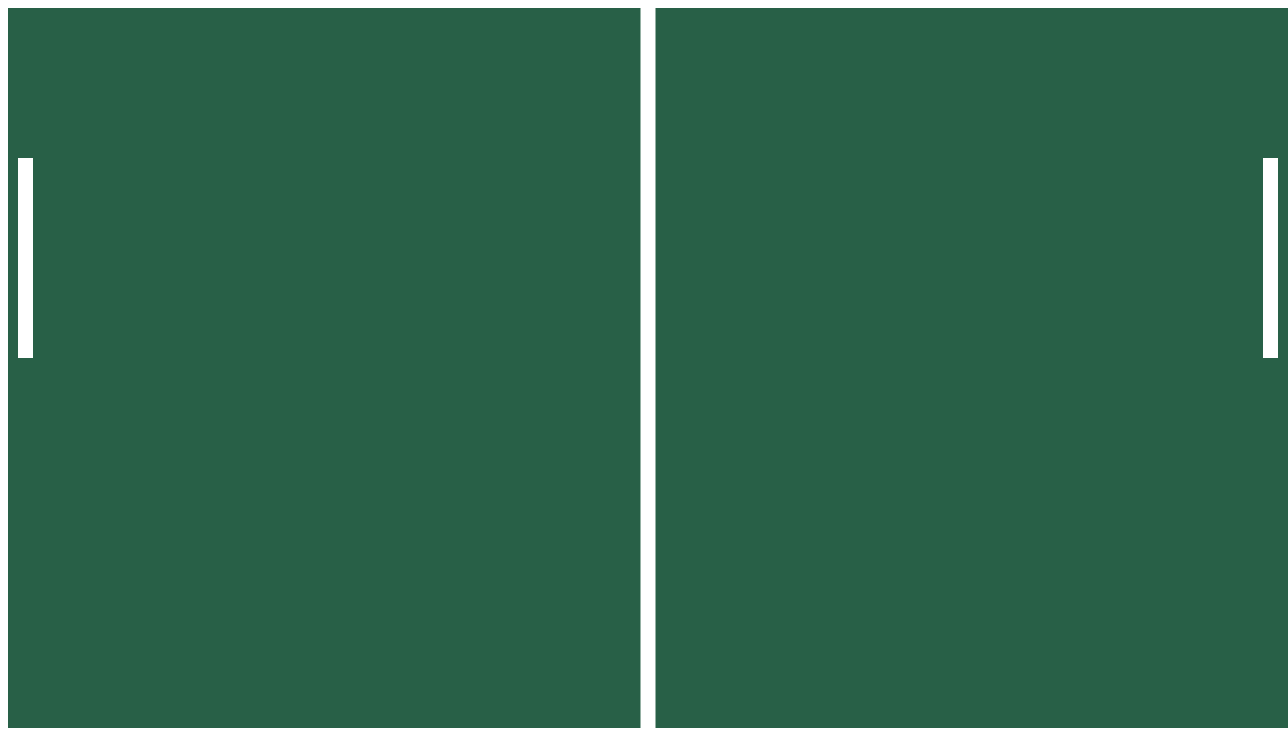
Repository: AkirahCarvalho/ping_pong
Page: index.html
An editor plug-in stored every save of this project. The page is shown before and after a run of saves, followed by the edit.
The browser window is 1280 px wide. The page is 1288 px wide, then 1280 px, then 1288 px, so the pictures cover 1288 px, including what lies to the right of the window. The pictures show the whole page.

Above is the page before, as saved 2024-03-26 16:23:12.

### index.html
<!DOCTYPE html>
<html lang="en">
<head>
    <meta charset="UTF-8">
    <meta name="viewport" content="width=device-width, initial-scale=1.0">
    <title>PING PONG</title>

</head>
<body>
    <canvas>

    </canvas>
    <script>
        const canvasEl = document.querySelector("canvas"),
         canvasCtx = canvasEl.getContext("2d")

         const lineWidth=15

        function setup(){ //roda o elemento
            canvasEl.width = canvasCtx.width = window.innerWidth
            canvasEl.height = canvasCtx.height = window.innerHeight
        }

        function draw(){
            canvasCtx.fillStyle="#286047"
            canvasCtx.fillRect(0,0, window.innerWidth, window.innerHeight)

            canvasCtx.fillStyle="#ffffff"

            const x=window.innerWidth / 2 - lineWidth / 2
            const y=0
            const w=lineWidth
            const h=window.innerHeight

            canvasCtx.fillRect(x, y, w, h)
          //desenhando raquete esquerda
            canvasCtx.fillRect(10, 150, lineWidth, 200)
            //desenhando raquete direita
            canvasCtx.fillRect(window.innerWidth-lineWidth-10, 150, lineWidth, 200)
            //desenhando bolinha
            canvasCtx.arc(20, 20, 20, 0, 2)
        }

        setup()
        draw()
    </script>
</body>
</html>

After the next 5 saves:
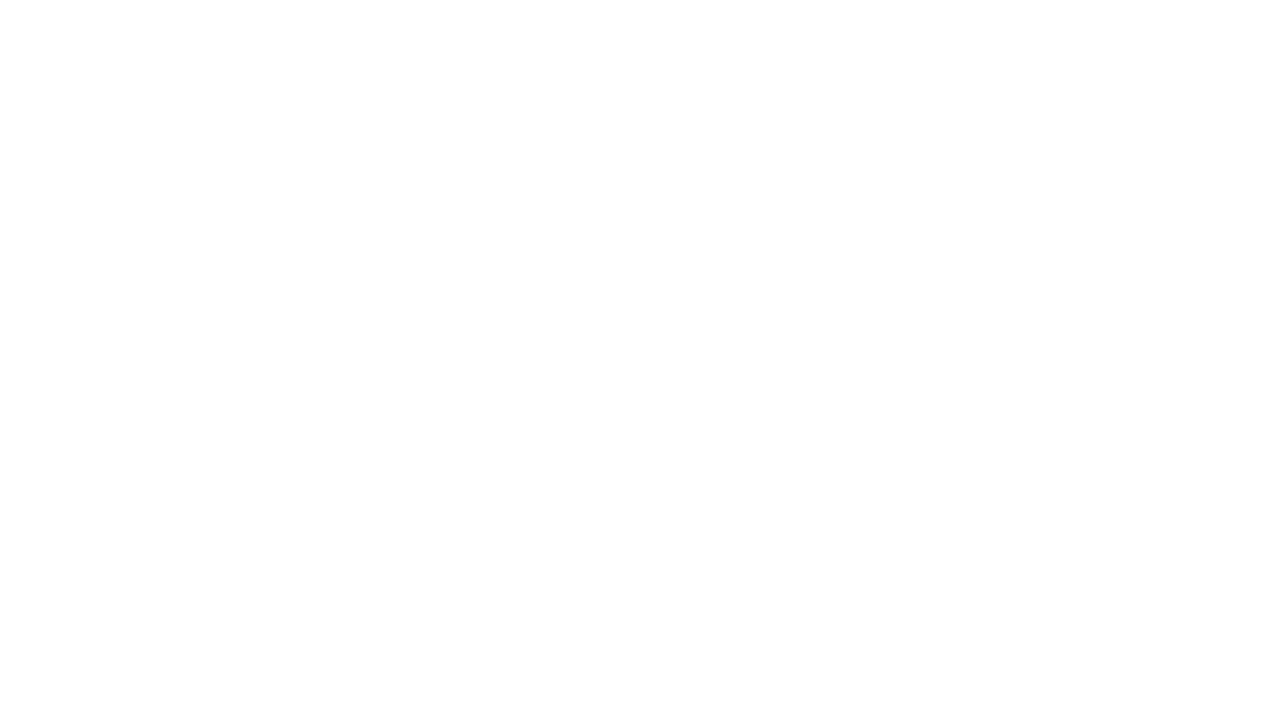
Console error: SyntaxError: Unexpected token ')'
The 5 saves are shown as one change because they came seconds apart.
The last was saved 11 s later.
--- a/index.html
+++ b/index.html
@@ -38,7 +38,7 @@
             //desenhando raquete direita
             canvasCtx.fillRect(window.innerWidth-lineWidth-10, 150, lineWidth, 200)
             //desenhando bolinha
-            canvasCtx.arc(20, 20, 20, 0, 2)
+            canvasCtx.arc(20, 20, 20, 0, 2*Math.)
         }
 
         setup()

After the save that followed:
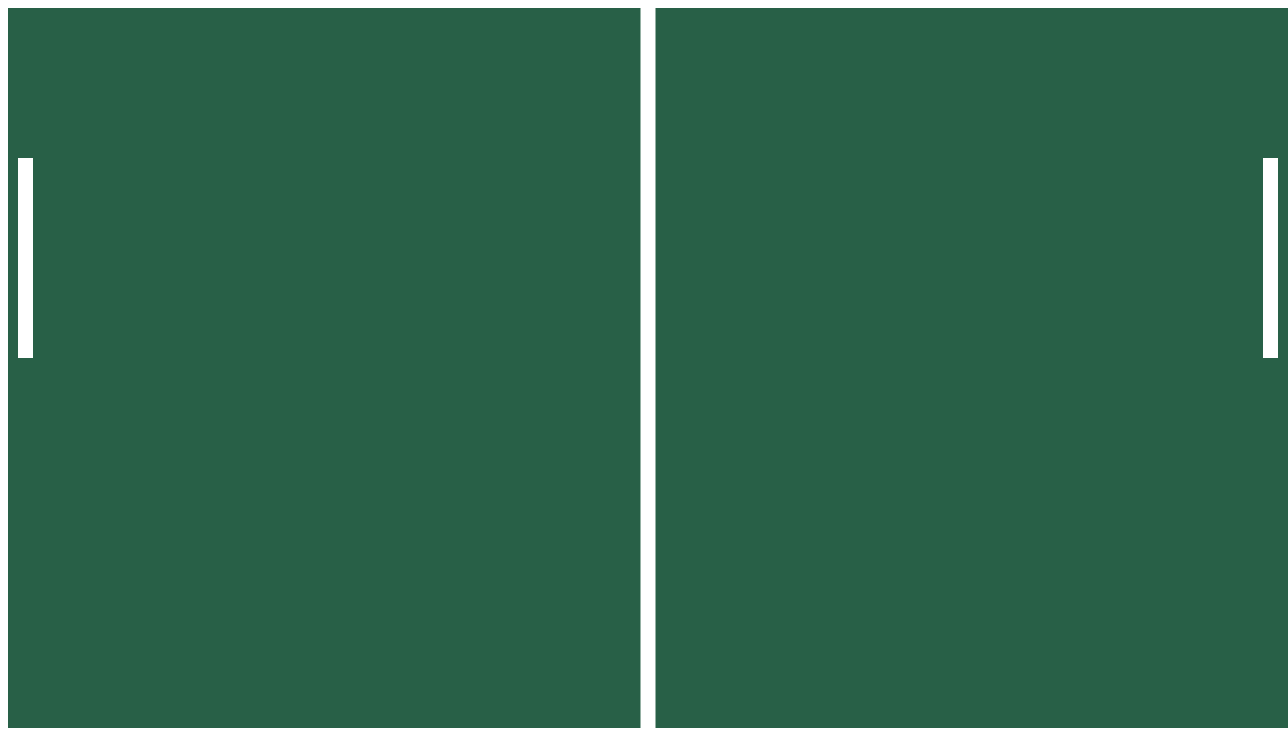
The error is gone.
Saved 5 s later.
--- a/index.html
+++ b/index.html
@@ -38,7 +38,7 @@
             //desenhando raquete direita
             canvasCtx.fillRect(window.innerWidth-lineWidth-10, 150, lineWidth, 200)
             //desenhando bolinha
-            canvasCtx.arc(20, 20, 20, 0, 2*Math.)
+            canvasCtx.arc(20, 20, 20, 0, 2*Math.PI)
         }
 
         setup()
